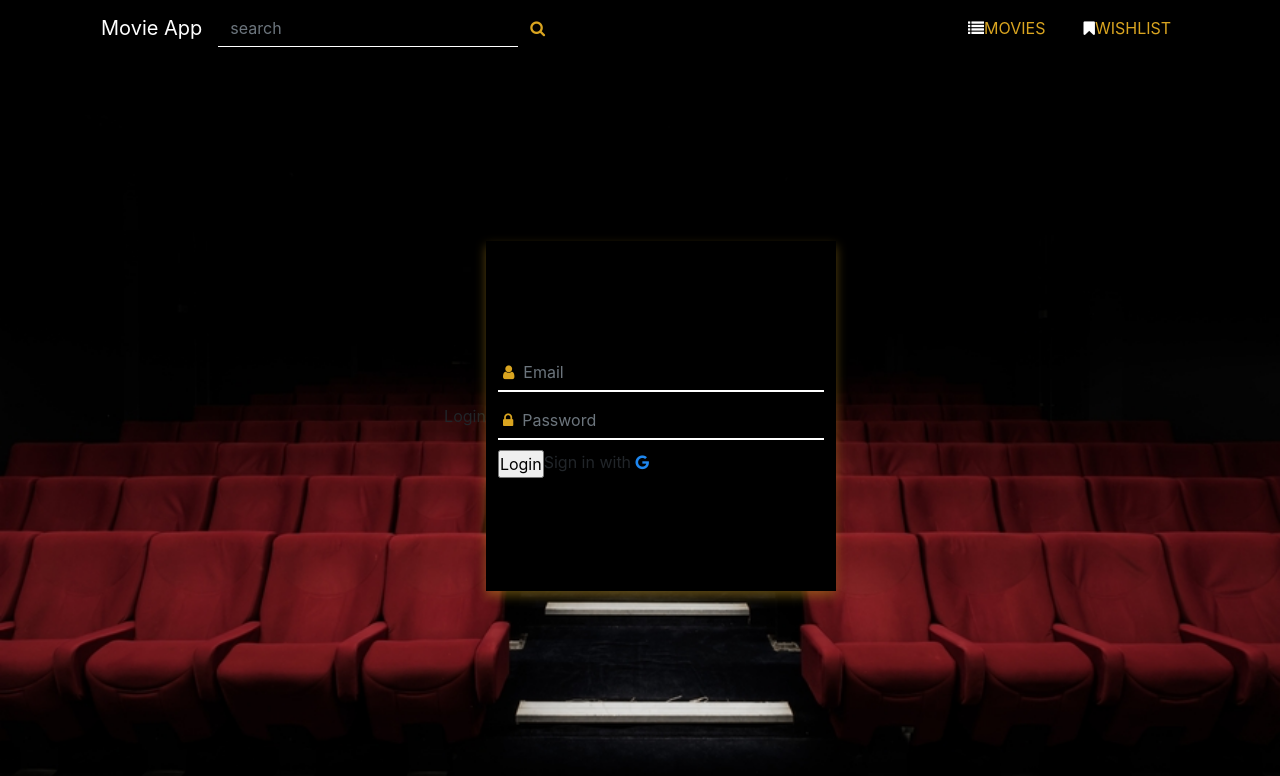
Repository: latenightsnacc/movie-db-app
Page: login.html
An editor plug-in stored every save of this project. The page is shown before and after the next save, followed by the edit.
The browser window is 1280 px wide. The pictures show the whole page.
The style sheet was rebuilt from its Sass, Less or Tailwind sources for each picture, by a compiler version that may differ from the author's.

Above is the page before, as saved 2020-06-17 10:35:05.
Console error (its wording comes from the project's code and is left out).

### login.html
<!DOCTYPE html>
<html lang="en">
<head>
    <meta charset="UTF-8">
    <meta name="viewport" content="width=device-width, initial-scale=1.0">
    <!--Bootstrap-->
    <link rel="stylesheet" href="bootstrap-4.4.1-dist/bootstrap-4.4.1-dist/css/bootstrap.min.css">
    <!--Font Awesome-->
    <link rel="stylesheet" href="https://stackpath.bootstrapcdn.com/font-awesome/4.7.0/css/font-awesome.min.css">
    <!--UI kit-->
    <link rel="stylesheet" href="uikit-3.4.6/css/uikit.min.css">
    <!--Custom css-->
    <link rel="stylesheet" href="Stylesheet/stylesheet.css">
    <title>Movie App</title>
</head>
<body>
    <!--Header-->
    <header class="header">
        <div class="container">
            <nav class="navbar navbar-expand-lg navbar-dark bg-dark">
                <!--Logo-->
                <a class="navbar-brand" href="#">Movie App</a>
                <!--Search Bar-->
                <div class="input-group">
                    <input type="text" class="form-control" id="inlineFormInputGroupUsername" placeholder="search">
                    <div class="input-group-prepend">
                      <div class="input-group-text">
                          <i class="fa fa-search"></i>
                      </div>
                    </div>
                </div>
                <button class="navbar-toggler" type="button" data-toggle="collapse" data-target="#navbarNavAltMarkup" aria-controls="navbarNavAltMarkup" aria-expanded="false" aria-label="Toggle navigation">
                  <span class="navbar-toggler-icon"></span>
                </button>
                <div class="collapse navbar-collapse" id="navbarNavAltMarkup">
                  <div class="navbar-nav">
                    <a class="nav-item nav-link" href="#">
                        <span>
                            <i class="fa fa-list"></i>
                        </span>
                        Movies
                    </a>
                    <a class="nav-item nav-link" href="#">
                        <span>
                            <i class="fa fa-bookmark"></i>
                        </span>
                        Wishlist
                    </a>
                  </div>
                </div>
            </nav>
        </div>

    </header>
    <!--Main Body-->
    <main>
        <div class="container">
            <div class="form mx-auto my-auto">
                <div class="form-title" id="form-title">Login</div>
                <form method="" action="">
                    <div class="form-row">
                        <div class="input-group">
                            <div class="input-group-prepend">
                                <div class="input-group-text">
                                    <i class="fa fa-user"></i>
                                </div>
                            </div>
                            <input type="text" class="form-control" id="inlineFormInputGroupUsername" placeholder="Email">
                        </div>
                    </div>
                    <div class="form-row">
                        <div class="input-group">
                            <div class="input-group-prepend">
                                <div class="input-group-text">
                                    <i class="fa fa-lock"></i>
                                </div>
                            </div>
                            <input type="text" class="form-control" id="inlineFormInputGroupUsername" placeholder="Password">
                        </div>
                    </div>
                    <div class="form-row">
                        <input type="submit" value="Login" />
                        <div class="login-icons">Sign in with <a href="#"><i class="fa fa-google"></i></a></div>
                    </div>
                </form>
            </div>
        </div>
    </main>
    <!--Scripts-->
    <script src="bootstrap-4.4.1-dist/bootstrap-4.4.1-dist/js/bootstrap.min.js"></script>
    <script src="uikit-3.4.6/js/uikit.min.js"></script>
</body>
</html>

### Stylesheet/stylesheet.scss
@import 'variables';
@import 'animations';
@import 'header';
@import 'hero';
@import 'menu';
@import 'cards';
@import 'footer';
@import 'login';

*{
    margin: 0;
    padding: 0;
    list-style: none;
    text-decoration: none;
    outline: none;
}

body{
    background-image: $bg-Img;
    overflow-x: hidden;
    min-height: 100vh;
    background-size: cover;
    background-repeat: no-repeat;
    background-position: center;
}

.main {
    width: 100vw;
}
.row {
    margin: 20px 0px;
}

### Stylesheet/_variables.scss
@import url('https://fonts.googleapis.com/css2?family=IBM+Plex+Sans:wght@300;700&display=swap');

$font: 'IBM Plex Sans', sans-serif;
$bg-Img: url("/bg.jpg");
$transparent-bg: rgba(black, 0.5);
$dark: black;
$light: #fff;
$golden: #DAA520;
$box-shadow: 0 5px 10px rgba($golden,0.4);
// $box-shadow: 0 5px 15px rgba(#DAA520, 0.08);
$btn-shadow: 2px 20px 25px -15px rgba(0, 0, 0, 0.54);

### Stylesheet/_animations.scss
@keyframes animateOpacity {
    0% {
      opacity: 0;
    }
    100% {
      opacity: 1;
    }
  }

  @keyframes animateScale {
    0% {
      transform: scale(1.1);
    }
    100% {
      transform: scale(1);
    }
  }


  @keyframes pulse {
    from {
      transform: scale3d(1, 1, 1);
    }

    50% {
      transform: scale3d(1.05, 1.05, 1.05);
    }

    to {
      transform: scale3d(1, 1, 1);
    }
  }


  @-webkit-keyframes fadeIn {
    from {
      opacity: 0;
    }

    to {
      opacity: 1;
    }
  }

  @keyframes fadeIn {
    from {
      opacity: 0;
    }

    to {
      opacity: 1;
    }
  }

  .fadeIn {
    -webkit-animation-name: fadeIn;
    animation-name: fadeIn;
  }

  .animated {
    -webkit-animation-duration: 1s;
    animation-duration: 1s;
    -webkit-animation-fill-mode: both;
    animation-fill-mode: both;
  }

### Stylesheet/header.scss
@import 'variables';

.header {
    .navbar, .navbar-dark {
        width: 100%;
        background-color: $dark !important;
    }
    .form-control {
        max-width: 300px;
        outline: none;
        border: none;
        border-bottom: 1px solid $light;
        background-color: $dark;
        border-radius: 0px !important;

        &:focus{
            outline: none !important;
        }
    }
    .input-group-prepend, .input-group-text{
        background-color: $dark !important;
        color: $golden !important;
        border: none !important;
        border-bottom: 1px solid $light;
    }
    a.nav-link {
        display: flex;
        align-items: center;
        margin-left: 12px;
        color: $golden !important;
        text-transform: uppercase;
        span {

            color: $light;
            .fa {
                padding-left: 10px;
            }
        }
    }
    a.nav-btn {
        border: 1px solid $light;
        color: $dark !important;
        font-weight: 500;
        display: flex;
        justify-content: center;
        align-items: center;
        padding: 5px;
        width: 80px;
        height: 40px;
        border-radius: 20px;
        background-color: $light;
    }
}

### Stylesheet/hero.scss
@import 'variables';

.hero-slide {
    position: relative;

    .dark-img {
        background-image: url("/images/bright.jpg");
        background-repeat: no-repeat;
        background-size: cover;
        height: 100%;
        width: 100%;
    }

    img {
        background-image: linear-gradient(rgba(0,0,0, 0.5));
    }
    .movie-features {
        position: absolute;
        top: 40%;
        left: 10%;

        .title {
            color: $light;
            font-weight: 700;
            font-family: $font;
            font-size: 80px;
            line-height: 100px;
        }
        dd {
            color: $light;
            line-height: 20px;
            font-family: $font;
            font-weight: 300;
        }
        .stars {
            *{
                color: $golden;
                font-size: 50px;
                line-height: 60px;
                box-shadow: $box-shadow;
            }
        }
    }

}

### Stylesheet/menu.scss
@import 'variables';

.filterMenu {
    background-color: $transparent-bg;

    .menuList {
        display: flex;
        width: 100%;
        justify-content: space-around;
        padding: 20px 0px;

        li {
            a {
                color: $light;
                font-family: $font;
                font-size: 20px;
                border: 1px solid $light;
                padding: 10px;
                border-radius: 3px;

                &:hover {
                    text-decoration: none;
                }

                &.active{
                    color: $golden;
                    border: 1px solid $golden;
                    font-weight: 500;
                }
            }

        }

    }

}

### Stylesheet/cards.scss
@import 'variables';

.card {
    background-color: $dark;
    box-shadow: $box-shadow;
    border: 1px solid $transparent-bg;
    height: auto;
    border-radius: 0px;
    width: 200px;

    .card-img{
        height: 300px;
        width: 200px;

        img{
            height: 100%;
            width: 100%;
        }
    }


    .card-content {
        // display: flex;
        // justify-content: space-between;
        width: 100%;
        // padding-top: 10px;



        .movie-content{
            position: relative;
            padding-left: 10px;
            .wishlist-btn {
                top: 10px;
                right: 10px;
                position: absolute;
                height: 40px;
                width: 40px;
                display: flex;
                justify-content: center;
                align-items: center;
                border-radius: 50%;
                padding: 5px;
                border: 1px solid $golden;
                .fa {
                    color: $light;
                }
            }
            .movie-title{
                padding-top: 15px;
                color: $light;
            }
            p{
                color: $light;
                font-size: 13px;

            }
        }

        span.card-rating {
            position: absolute;
            left: 7px;
            top: 7px;
            height: 40px;
            width: 40px;
            margin-right: 5px;
            display: flex;
            justify-content: center;
            align-items: center;
            border-radius: 50%;
            padding: 5px;
            border: 1px solid $golden;
            color: $golden;
            background-color: $dark;

        }
    }

    &:hover {
        transform: translateY();
    }
}

### Stylesheet/login.scss
@import 'variables';

.form {
    height: 100vh;
    display: flex;
    align-items: center;
    justify-content: center;

    form {
        padding: 10px;
        background-color: $dark;
        box-shadow: $box-shadow;
        border: 2px solid $dark;
        display: flex;
        flex-direction: column;
        justify-content: center;
        height: 350px;
        width: 350px;

        .form-title {
            font-size: 20px;
            font-family: $font;
            line-height: 30px;
            text-transform: uppercase;
            color: $light;
            text-align: center;
        }

        .form-row {
            margin: 5px 0px;

            .form-control, .input-group-text {
                background-color: $transparent-bg;
                border: 0;
                border-bottom: 2px solid $light;
                border-radius: 0;
                color: $light;
                padding: 2px 5px;

                &:focus-within {
                    border: 0;
                    outline: none;
                    outline-color: $transparent-bg !important;
                    border-radius: 0;
                }
            }
            .input-group-text {
                color: $golden;
            }
        }
    }
}

Loaded but not shown: bootstrap-4.4.1-dist/bootstrap-4.4.1-dist/css/bootstrap.min.css (library); uikit-3.4.6/css/uikit.min.css (library); bootstrap-4.4.1-dist/bootstrap-4.4.1-dist/js/bootstrap.min.js (library); uikit-3.4.6/js/uikit.min.js (library); Stylesheet/footer.scss (common file)

After the next save:
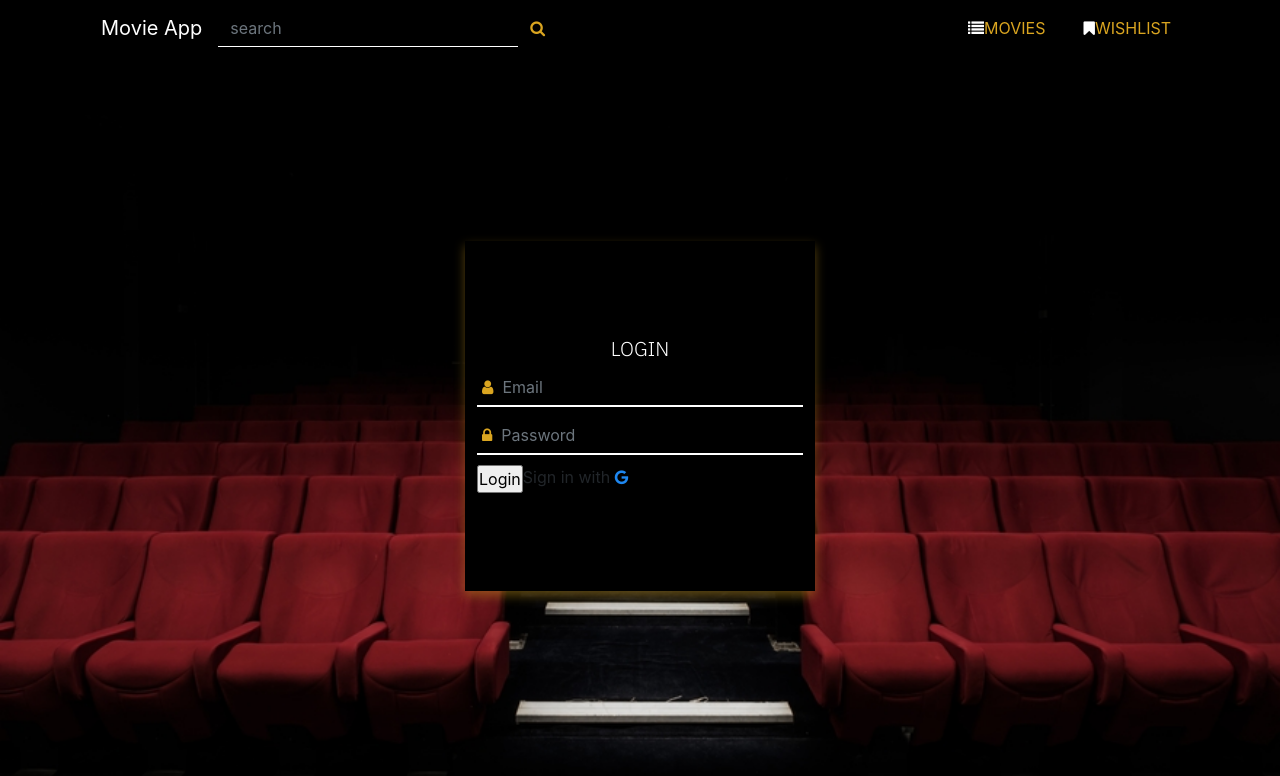
Saved 33 s later.
--- a/login.html
+++ b/login.html
@@ -56,8 +56,8 @@
     <main>
         <div class="container">
             <div class="form mx-auto my-auto">
-                <div class="form-title" id="form-title">Login</div>
                 <form method="" action="">
+                    <div class="form-title" id="form-title">Login</div>
                     <div class="form-row">
                         <div class="input-group">
                             <div class="input-group-prepend">
